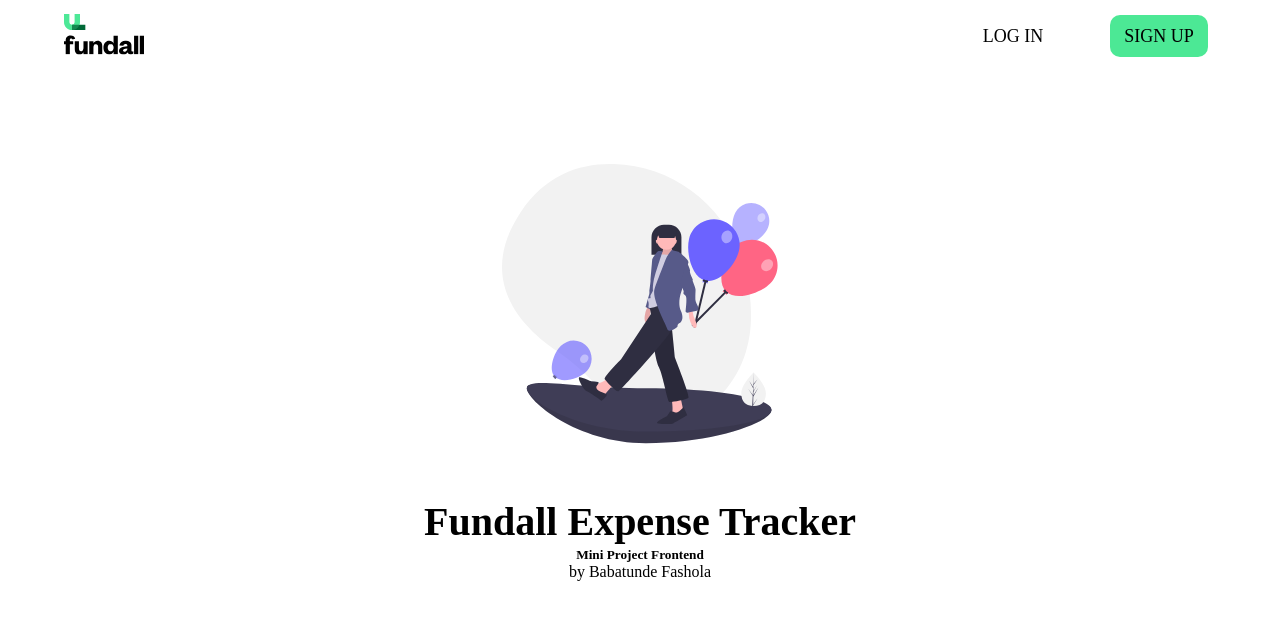
Repository: nilesjamex/niffty
Page: /
An editor plug-in stored every save of this project. The page is shown before and after a run of saves, followed by the edit.
The browser window is 1280 px wide. The pictures show the whole page.
The project was rebuilt for these pictures with package versions that can differ from the ones it lists, and the page was loaded fresh each time.

Above is the page before, as saved 2022-04-16 15:24:54.

### src/main.js
import { createApp } from 'vue'
import App from './App.vue'
import router from './router'
import '@/styles/global.scss'

createApp(App).use(router).mount('#app')

### src/App.vue
<template>
 <Nav />
  <router-view/>
</template>
<script>
// @ is an alias to /src
import Nav from "@/components/Nav.vue"
export default {
  components: {
    Nav
  }
}
</script>
<style lang="scss">


#nav {
  padding: 30px;

  a {
    font-weight: bold;
    color: #2c3e50;

    &.router-link-exact-active {
      color: #42b983;
    }
  }
}
</style>

### src/styles/global.scss
@import './variables';
@import './mixins.scss';
@import './_typography.scss';
* {
    margin: 0;
    padding: 0;
    box-sizing: border-box;
    max-width: 100vw;
}
button {
    border: none;
    outline: none;
}
a {
    color: inherit;
    text-decoration: none;
}
li {
    list-style: none;
}
.button--signup {
    width: 98.01px;
    height: 42px;
    background: $access-bg;
    border-radius: 10px;
    @include flex(center, center);
    @include access {

    }
}

### src/components/Nav.vue
<template>
  <nav>
      <div>
          <img src="@/assets/logo.svg" alt="">
      </div>
      <ul>
          <li>
              <button class="button--signup" style="
              background: transparent;">
              LOG IN
              </button>
          </li>
          <li>
              <button class="button--signup">
                  SIGN UP
              </button>
          </li>
      </ul>
  </nav>
</template>

<script>
export default {

}
</script>

<style lang="scss" scoped>
@import '@/styles/mixins.scss';
@import '@/styles/_variables.scss';
@import '@/styles/_typography.scss';
nav {
    padding: 1rem 5%;
    height: 10vh;
    @include flex(space-between, center);
    ul {
        display: flex;
        align-items: center;
        gap: 2rem;
      li {
          margin: 0 0.5rem;
      }
    }
}
</style>

### src/views/Home.vue
<template>
  <section>
    <div class="section--box">
      <div class="home--img">
        <img src="@/assets/girl.svg" alt="">
      </div>
      <div class="home--text">
        <div class="home--text--content">
          <h2>
            Fundall Expense Tracker
          </h2>
          <h5>
            Mini Project Frontend
          </h5>
        </div>
        <div class="home--text--author">
          <p>
            by Babatunde Fashola
          </p>
        </div>
      </div>
    </div>
  </section>
</template>

<script>
// @ is an alias to /src


export default {
  name: 'Home',
  components: {
  }
}
</script>
<style lang="scss" scoped>
@import '@/styles/mixins.scss';
@import '@/styles/_variables.scss';
@import '@/styles/_typography.scss';
section {
  @include flex(center,center);
  height: 90vh;
}
.section--box {
  text-align: center;
}
.home--text {
  margin: 3rem 0;
  .home--text--content {
    h2 {
      @include heading
    }
  }
}
</style>

### src/styles/_variables.scss
// colors
$access-bg: #4CE895;

### src/styles/mixins.scss
@mixin flex($justify: flex-start, $align: flex-start) {
    display: flex;
    justify-content: $justify;
    align-items: $align;
}

### src/styles/_typography.scss
@mixin access {
    font-family: 'Circular Std';
    font-size: 1.125rem;
    line-height: 23px;
    color: #000000;
    @content;
}
@mixin heading {
    font-family: 'Circular Std';
    font-size: 2.5rem;
    line-height: 51px;
    color: #000000;
    @content;
}

Loaded but not shown: public/index.html (common file); src/router/index.js (common file)

After the next 2 saves:
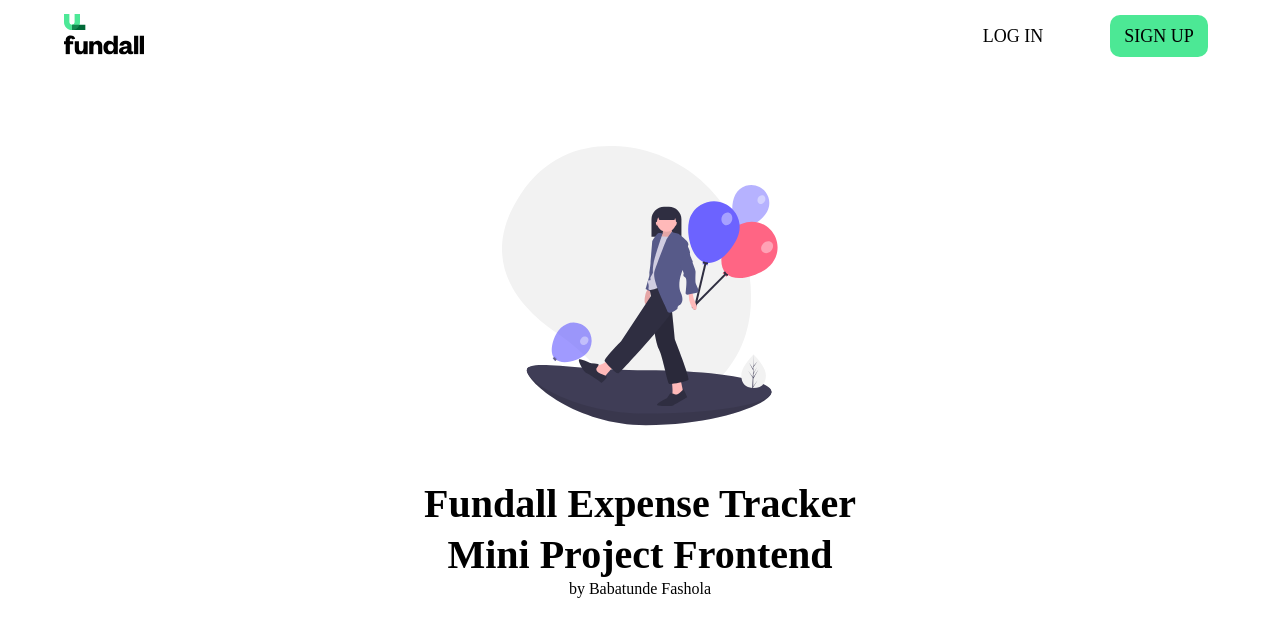
The 2 saves are shown as one change because 1 did not build or start.
The last was saved 92 s later.
--- a/src/views/Home.vue
+++ b/src/views/Home.vue
@@ -48,7 +48,10 @@
   margin: 3rem 0;
   .home--text--content {
     h2 {
-      @include heading
+      @include heading1
+    }
+    h5 {
+       @include heading1
     }
   }
 }
--- a/src/styles/_typography.scss
+++ b/src/styles/_typography.scss
@@ -5,10 +5,17 @@
     color: #000000;
     @content;
 }
-@mixin heading {
+@mixin heading1 {
     font-family: 'Circular Std';
     font-size: 2.5rem;
     line-height: 51px;
     color: #000000;
     @content;
 }
+@mixin heading2 {
+    font-family: 'Circular Std';
+    font-size: 2.5rem;
+    line-height: 51px;
+    color: #000000;
+    @content;
+}
